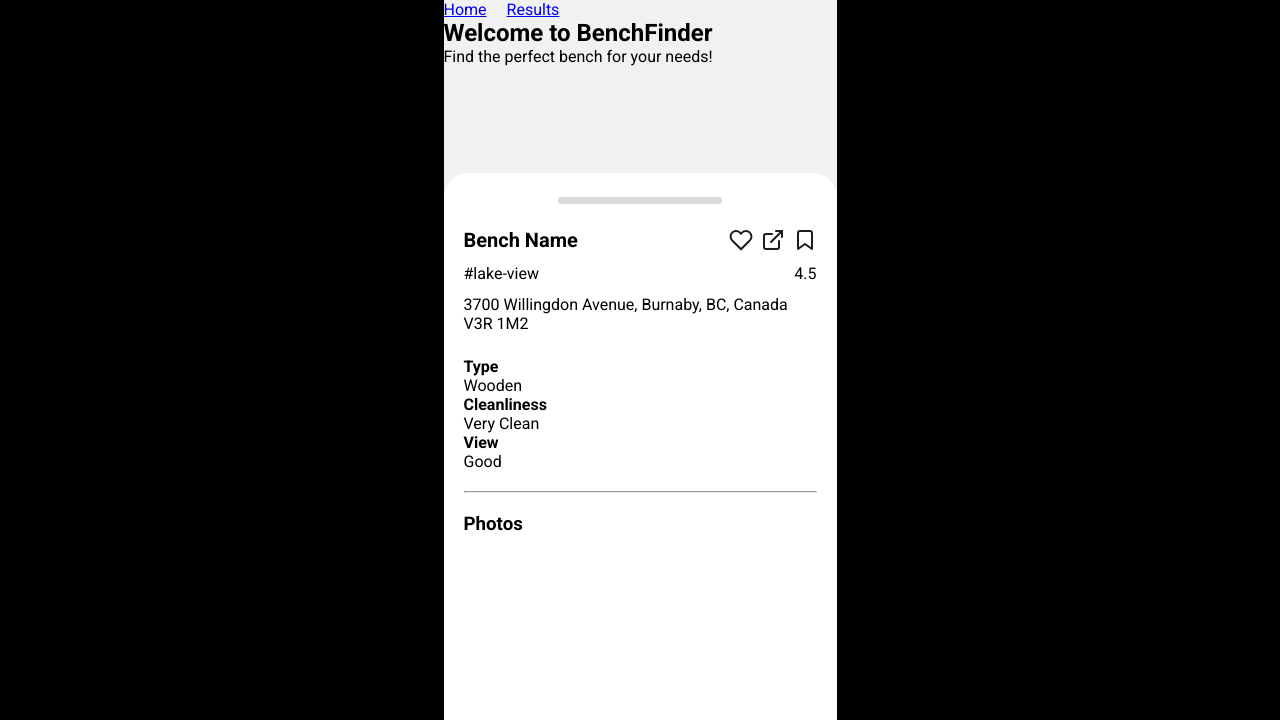
Repository: HidayatPatil/BenchFinder
Page: /
These files come from the project's save history. The page is drawn as it stood at one moment and after the next save; the edit follows.
The browser window is 1280 px wide. The pictures show the whole page.
The project was rebuilt for these pictures with package versions that can differ from the ones it lists, and the page was loaded fresh each time. Also part of the build but not shown: vite.config.js, src/Results.jsx.

Above is the page before, as saved 2025-10-09 21:33:17.

### index.html
<!doctype html>
<html lang="en">
  <head>
    <meta charset="UTF-8" />
    <link rel="icon" type="image/svg+xml" href="/vite.svg" />
    <meta name="viewport" content="width=device-width, initial-scale=1.0" />
    <title>benchfinder</title>
  </head>
  <body>
    <div id="root"></div>
    <script type="module" src="/src/main.jsx"></script>
  </body>
</html>

### src/index.css
@import url('https://fonts.googleapis.com/css2?family=Roboto:wght@400;700&display=swap');

/* Reset default margins and padding */
* {
    margin: 0;
    padding: 0;
    box-sizing: border-box;
}

body, html {
    width: 100%;
    height: 100%;
    overflow: hidden;
    background-color: black;
    display: flex;
    justify-content: center;
    align-items: center;
    font-family: 'Roboto', sans-serif;
}

#root {
    width: 393px;
    min-width: 320px;
    max-width: 425px;
    height: 100vh;
    background-color: rgb(0, 0, 0);
    position: relative;
}

.app_body {
    width: 393px;
    min-width: 320px;
    max-width: 425px;
    height: 100%;
    background-color: #F1F1F1;
    margin: 0 auto;
    position: relative;
}

.drawer_container {
    height: 547px;
    position: absolute;
    bottom: 0;
    padding: 0 20px;
    background-color: #FFFFFF;
    border-radius: 24px 24px 0 0;
}

.drawer_handle {
    width: 164px;
    height: 7px;
    border-radius: 100px;
    background-color: #D9D9D9;
    margin: 24px auto;
}

.bench_data {
    display: flex;
    flex-direction: column;
    gap: 20px;
}

.bench_information {
    display: flex;
    flex-direction: column;
    gap: 24px;
}

.data_metadata {
    display: flex;
    flex-direction: column;
    gap: 12px;
}

.metadata_name_options {
    display: flex;
    justify-content: space-between;
    align-items: center;

    h2 {
        font-size: 20px;
        font-weight: 600;
    }

    .bench_metadata_options {
        display: flex;
        gap: 8px;
    }

    .option_icons {
        height: 24px;
        width: 24px;
        color: #1C1B1F;
    }
}

.metadata_tags_rating {
    display: flex;
    justify-content: space-between;
    align-items: center;
}

### src/App.jsx
import { Routes, Route, Link } from 'react-router-dom'
import Result from './Results'
import Home from './Home'

export default function App(){
  return (
    <div className="app_body">
      {/* <h1 className="container">BenchFinder App</h1> */}
      <nav>
        <Link to="/" style={{ marginRight: '20px' }}>Home</Link>
        <Link to="/results">Results</Link>
      </nav>

      <Routes>
        <Route path="/" element={<Home />} />
        <Route path="/results" element={<Result />} />
      </Routes>
    </div>
  )
}

### src/Home.jsx
import ContentDrawer from "./components/contentDrawer"

export default function Home() {
  return (
    <div>
      <h2>Welcome to BenchFinder</h2>
      <p>Find the perfect bench for your needs!</p>
      <div className="google_maps">
        <img />
      </div>
      <ContentDrawer />
    </div>
  )
}

### src/components/contentDrawer.jsx
import { FiHeart } from "react-icons/fi";
import { FiExternalLink } from "react-icons/fi";
import { FiBookmark } from "react-icons/fi";
import { IconContext } from "react-icons";

export default function ContentDrawer() {
  return (
    <div className="drawer_container">
      <div className="drawer_handle"></div>
      <div className="bench_data"> {/* main container holding data */}
        <div className="bench_information">  {/* section above the line break */}
          <div className="data_metadata">
            <div className="metadata_name_options">
              <h2>Bench Name</h2>
              <div className="bench_metadata_options">
                <IconContext.Provider value={{ className: "option_icons" }}>
                  <FiHeart />
                  <FiExternalLink />
                  <FiBookmark />
                </IconContext.Provider>
              </div>
            </div>
            <div className="metadata_tags_rating">
              <div className="bench_tags">#lake-view</div>
              <div className="bench_rating">4.5</div>
            </div>
            <p className="metadata_address">
              3700 Willingdon Avenue, Burnaby, BC, Canada V3R 1M2
            </p>
          </div>
          <div className="data_bench_overview">
            <div className="bench_type">
              <h4 className="overview_title">Type</h4>
              <p className="overview_content">Wooden</p>
            </div>
            <span className="box_data_seperators"/>
            <div className="bench_cleanliness">
              <h4 className="overview_title">Cleanliness</h4>
              <p className="overview_content">Very Clean</p>
            </div>
            <div className="bench_view">
              <h4 className="overview_title">View</h4>
              <p className="overview_content">Good</p>
            </div>
          </div>
        </div>
        <hr /> {/* line break */}
        <div className="bench_photos">
          <div className="photos_heading">
            <h3>Photos</h3>
            {/* <img "add plus icon" />  */}
          </div>
          <div className="photos_gallery">
            <div className="gallery_image"></div>
            <div className="gallery_image"></div>
            <div className="gallery_image"></div>
          </div>
        </div>
      </div>
    </div>
  );
}

Loaded but not shown: src/main.jsx (common file)

After the next save:
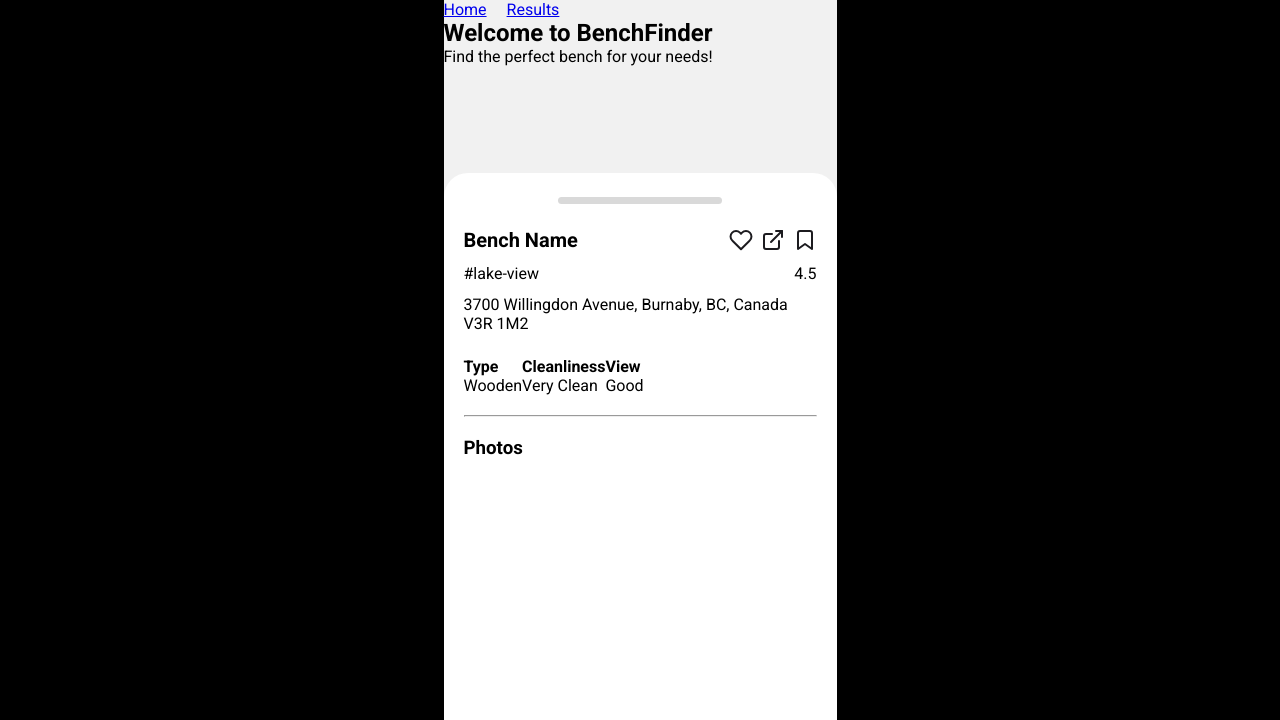
Saved 7 s later.
--- a/src/index.css
+++ b/src/index.css
@@ -99,3 +99,8 @@ body, html {
     justify-content: space-between;
     align-items: center;
 }
+
+.data_bench_overview {
+    display: flex;
+
+}
